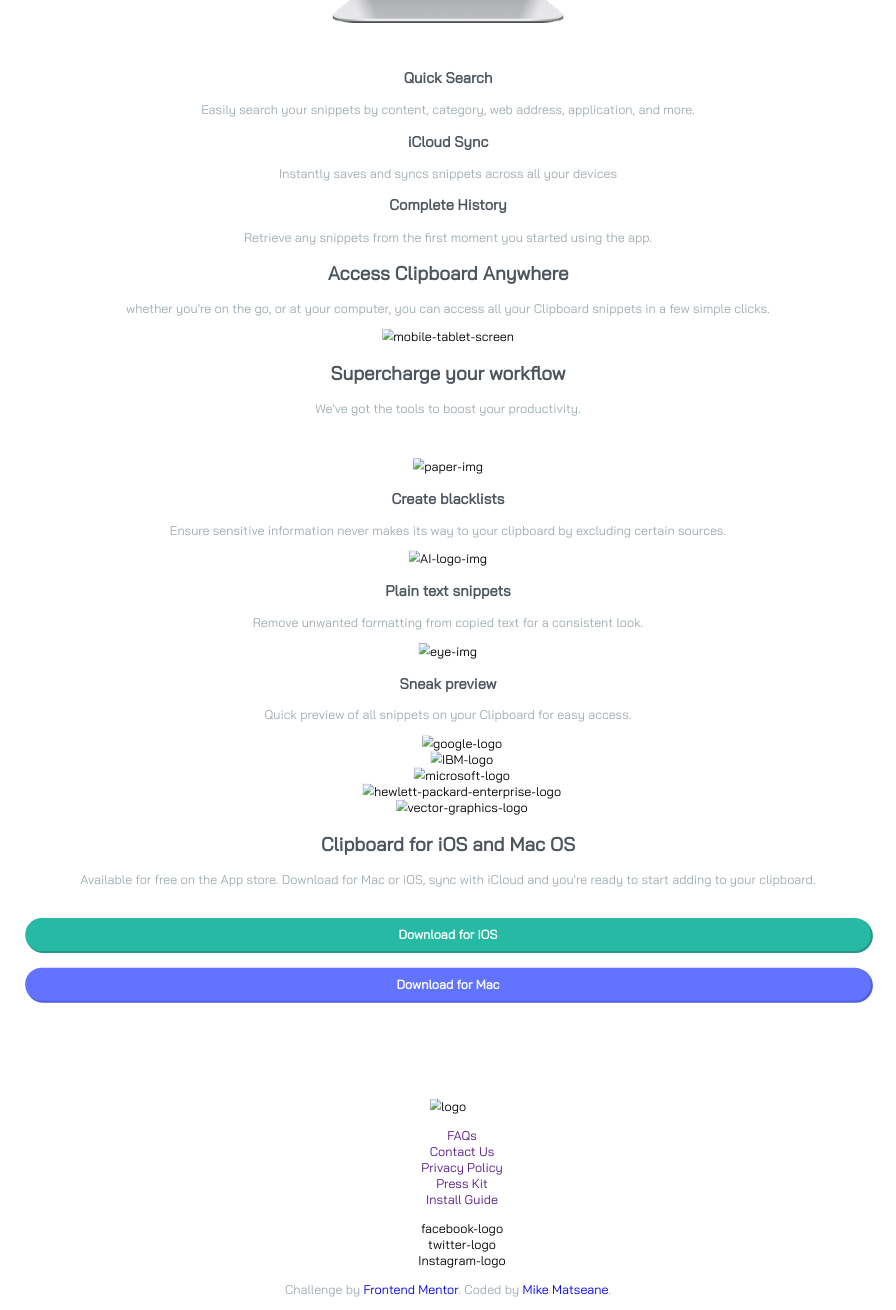
Repository: mikempho/Clipboard-landing-page
Page: index.html
These files come from the project's save history. The page is drawn as it stood at one moment and after the next save; the edit follows.
The browser window is 1280 px wide. The pictures show the part of the page from y = 1781 to 3701 px (the page is 3653 px tall before and 3701 px after), at 70% of full size.

Above is the page before, as saved 2022-04-11 11:27:34.

### index.html
<!DOCTYPE html>
<html lang="en">
  <head>
    <meta charset="UTF-8">
    <meta name="viewport" content="width=device-width, initial-scale=1.0"> <!-- displays site properly based on user's device -->

    <link rel="icon" type="image/png" sizes="32x32" href="./images/favicon-32x32.png">
    <link rel="stylesheet" href="/css/style.css">

    <title>Frontend Mentor | Clipboard landing page</title>

  </head>
  <body>
    <header class="header">
      <img class="logo" src="/images/logo.svg" alt="">
    </header>
    <main>
      <section class="hero">
        <h1>A history of <br> everything you copy</h1>
        <p>Clipboard allows you to track and organize everything you copy, instantly access your clipboard on all your devices.</p>
        <div class="buttons">
          <a class="iOS-btn" href="#">Download for iOS</a>
          <a class="mac-btn" href="#">Download for Mac</a>
        </div>
      </section>
      <section class="section-1">
        <h2>Keep track of your <br> snippets</h2>
        <p>Clipboard instantly stores any item you copy in the cloud, meaning you can access your snippets immediately on all your devices. Our Mac and IOS apps will help you organize everything.</p>
        <div class="features">
          <img class="feature-img" src="/images/image-computer.png" alt="desktop-screen">
          <ul class="list-of-features">
            <li>
              <h3>Quick Search</h3>
              <p>Easily search your snippets by content, category, web address, application, and more.</p>
            </li>
            <li>
              <h3>iCloud Sync</h3>
              <p>Instantly saves and syncs snippets across all your devices</p>
            </li>
            <li>
              <h3>Complete History</h3>
              <p>Retrieve any snippets from the first moment you started using the app.</p>
            </li>
          </ul>
        </div>
      </section>
      <section class="section-2">
        <h2>Access Clipboard Anywhere</h2>
        <p>whether you're on the go, or at your computer, you can access all your Clipboard snippets in a few simple clicks.</p>
        <img class="mobile-tablet-screen" src="" alt="mobile-tablet-screen">
      </section>
      <section class="section-3">
        <h2>Supercharge your workflow</h2>
        <p>We've got the tools to boost your productivity.</p>
        <div>
          <ul class="list-of-features">
            <li>
              <img src="" alt="paper-img">
              <h3>Create blacklists</h3>
              <p>Ensure sensitive information never makes its way to your clipboard by excluding certain sources.</p>
            </li>
            <li>
              <img src="" alt="AI-logo-img">
              <h3>Plain text snippets</h3>
              <p>Remove unwanted formatting from copied text for a consistent look.</p>
            </li>
            <li>
              <img src="" alt="eye-img">
              <h3>Sneak preview</h3>
              <p>Quick preview of all snippets on your Clipboard for easy access.</p>
            </li>
          </ul>
        </div>
      </section>
      <section class="section-4">
        <ul class="company-logos">
          <li><img src="" alt="google-logo"></li>
          <li><img src="" alt="IBM-logo"></li>
          <li><img src="" alt="microsoft-logo"></li>
          <li><img src="" alt="hewlett-packard-enterprise-logo"></li>
          <li><img src="" alt="vector-graphics-logo"></li>
        </ul>
      </section>
      <section class="section-5">
        <h2>Clipboard for iOS and Mac OS</h2>
        <p>Available for free on the App store. Download for Mac or iOS, sync with iCloud and you're ready to start adding to your clipboard.</p>
        <div class="buttons">
          <a class="iOS-btn" href="">Download for iOS</a>
          <a class="mac-btn" href="">Download for Mac</a>
        </div>
      </section>
    </main>

    <footer>
      <div class="footer">
        <img src="" alt="logo">
        <ul class="footer-menu">
          <li><a href="">FAQs</a></li>
          <li><a href="">Contact Us</a></li>
          <li><a href="">Privacy Policy</a></li>
          <li><a href="">Press Kit</a></li>
          <li><a href="">Install Guide</a></li>
        </ul>
        <ul class="social-links">
          <li><a href=""></a>facebook-logo</li>
          <li><a href=""></a>twitter-logo</li>
          <li><a href=""></a>Instagram-logo</li>
        </ul>
      </div>
      <p class="attribution">
        Challenge by <a href="https://www.frontendmentor.io?ref=challenge" target="_blank">Frontend Mentor</a>.
        Coded by <a href="#">Mike Matseane</a>.
      </p>
    </footer>
  </body>
</html>

### css/style.css
/* Universal styling */
body {
    margin: 0;
    padding: 0;
    text-align: center;
    Font-size: 18px;
    font-family: Bai-Jamjuree;
}

* {
    list-style: none;
    text-decoration: none;
}

:root {
    /* Primary colors */
    --Strong-Cyan: hsl(171, 66%, 44%);
    --Light-Blue: hsl(233, 100%, 69%);
    /* Neutral colors */
    --Dark-Grayish-Blue: hsl(210, 10%, 33%);
    --Grayish-Blue: hsl(201, 11%, 66%);
    /* Spacing */
    --container-padding: 4%;
}

@font-face {
    font-family: Bai-Jamjuree;
    src: url(/Assets/Fonts/Bai_Jamjuree/BaiJamjuree-Regular.ttf);
}

h1, h2, h3{
    color: var(--Dark-Grayish-Blue);
}

p {
    color: var(--Grayish-Blue);
}

/* header section */

.header {
    background-image: url(/images/bg-header-mobile.png);
    background-repeat: no-repeat;
    background-size: cover;
}

.logo {
    margin: 8rem 0 5rem 0;
}

/* hero section */
.hero {
    padding-left: var(--container-padding);
    padding-right: var(--container-padding);
}

.buttons{
    margin-top: 2rem;
    margin-bottom: 8rem;
}
.buttons a {
    display: inline-block;
    padding: 12px 15px;
    width: 92%;
    margin: 12px 0;
    color: white;
    border-radius: 50px;
    font-weight: 600;
}

.iOS-btn {
    background-color: var(--Strong-Cyan);
    box-shadow: 2px 2px 0px 1px rgba(17, 140, 122, 0.9);

}

.mac-btn {
    background-color: var(--Light-Blue);
    box-shadow: 2px 2px 0px 1px rgba(37, 58, 216, 0.81);

}

/* Section-1 */

.section-1 {
    padding-left: var(--container-padding);
    padding-right: var(--container-padding);
}

.feature-img {
    margin-top: 60px;
    width: 92%;
}

.list-of-features {
    margin-top: 60px;
    padding: 0% 6%;
}

/* Section-2 */

After the next save:
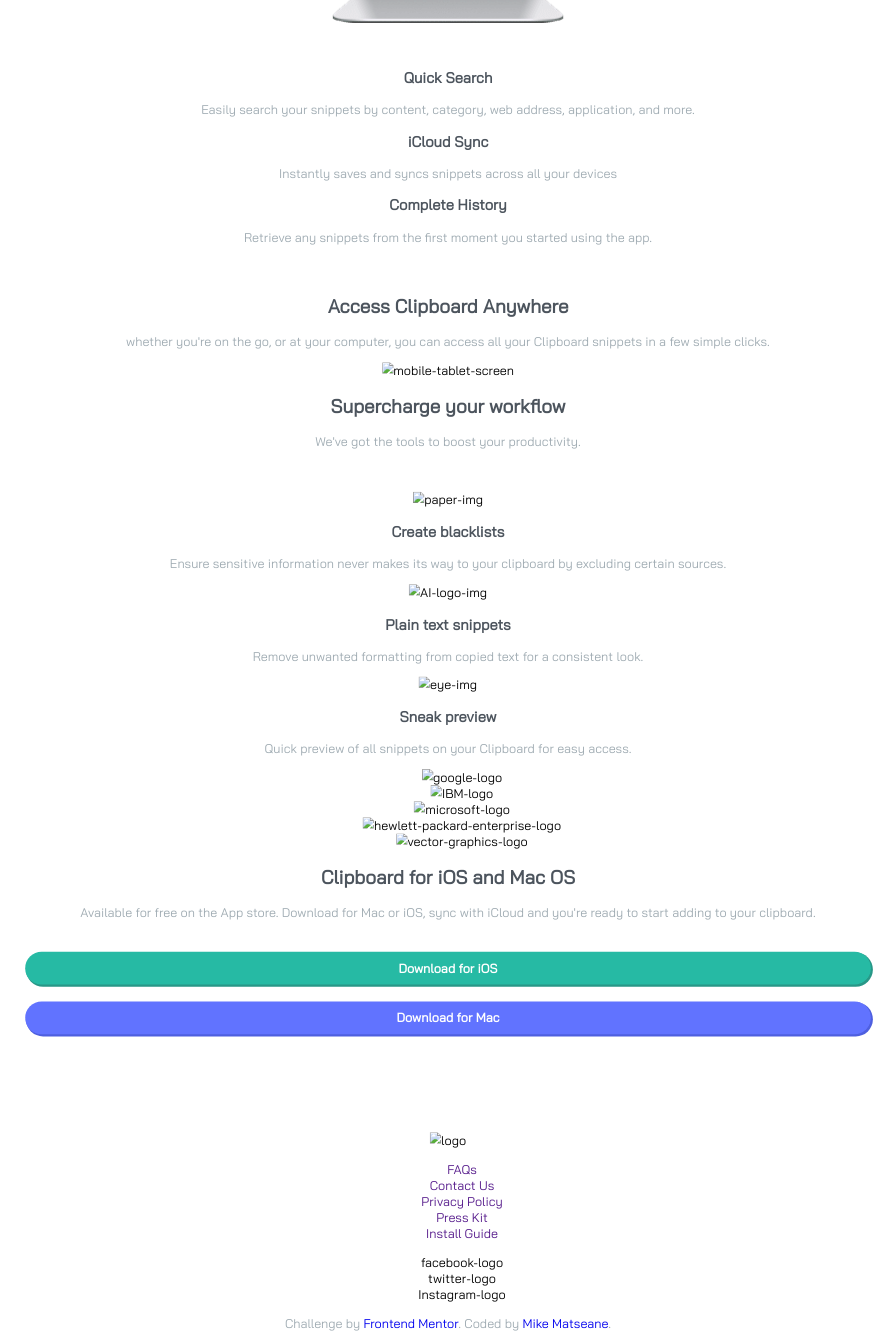
Saved 27 s later.
--- a/css/style.css
+++ b/css/style.css
@@ -85,6 +85,7 @@
 .section-1 {
     padding-left: var(--container-padding);
     padding-right: var(--container-padding);
+    margin-bottom: 70px;
 }
 
 .feature-img {
